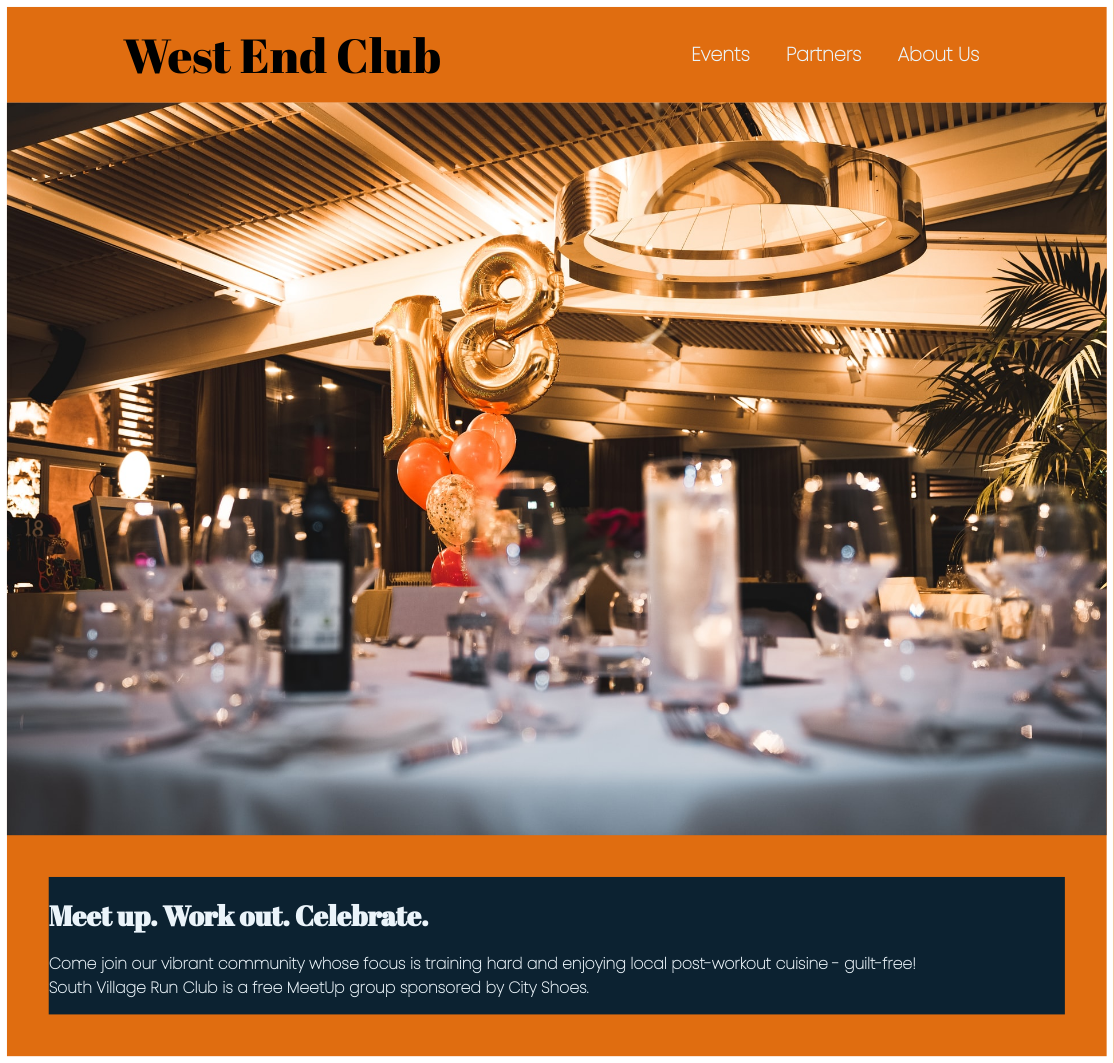
Repository: lastbronx41/lastbronx41.github.io
Page: starting/index.html
These files come from the project's save history. The page is drawn as it stood at one moment and after a run of saves; the edit follows.
The browser window is 1280 px wide. The pictures show the whole page, at 87% of full size.
Some web fonts or font styles are not loaded; a fallback is used.

Above is the page before, as saved 2022-07-19 04:42:47.

### starting/index.html
<!DOCTYPE html>

<html>
   <head>
      <meta charset="utf-8">
      <title>Our Club</title>
      <link rel="stylesheet" href="./styles.css" type="text/css">
      <link rel="preconnect" href="https://fonts.googleapis.com">
      <link rel="preconnect" href="https://fonts.gstatic.com" crossorigin>
      <link href="https://fonts.googleapis.com/css2?family=Abril+Fatface&family=Slabo+13px&family=Space+Mono&display=swap" rel="stylesheet">
      <link rel="preconnect" href="https://fonts.googleapis.com">
      <link rel="preconnect" href="https://fonts.gstatic.com" crossorigin>
      <link href="https://fonts.googleapis.com/css2?family=Abril+Fatface&family=Poppins:wght@100&family=Slabo+13px&family=Space+Mono&display=swap" rel="stylesheet">
   </head>

   <body>

      <div class="header">
         <div id="title">West End Club</div>
         <div>
            <ul class="links">
               <a href>
                  <li class="nav">Events</li>
               </a>
               <a href>
                  <li class="nav">Partners</li>
               </a>
               <a href>
                  <li class="nav">About Us</li>
               </a>
            </ul>
         </div>
      </div>

      <div id="cover-photo">
         <img src="./resources/cover-photo.jpg"/>
         <div class="main-text">
            <h1>Meet up. Work out. Celebrate.</h1>
               <p>Come join our vibrant community whose focus is training hard and enjoying local post-workout cuisine - guilt-free!
               <br>
               South Village Run Club is a free MeetUp group sponsored by City Shoes.
               </p>

         </div>
      </div>



   </body>
</html>

### starting/styles.css
.header {
   display: flex;
   justify-content: space-around;
   background-color: #E06D10;
   align-items: center;
   padding: 1rem
}

#title {
   font-size: 55px;
   font-family: 'Abril Fatface', cursive;
}

.links, .links a {
   display: inline-flex;
   flex-wrap: wrap;
   justify-content: flex-end;
   list-style-type: none;
   gap: 1rem;
   text-decoration-line: none;
}

.nav {
   font-size: 22px;
   font-family: 'Poppins', sans-serif;
   font-weight: bolder;
   border-radius: 34%;
   padding: 0.4rem 0.8rem;
   color: #EBF4FA;
}

.nav:hover {
   color: #E06D10;
   background-color: black;
}

#cover-photo {
   display: flex;
   flex-direction: column;
   background-color: #E06D10;
}

#cover-photo img {
   max-width: 100%;
}
.main-text {
   background-color: #0C2231;
   color: #EBF4FA;
   margin: 3rem;
}

.main-text h1 {
   font-family: 'Abril Fatface', cursive;
}

.main-text p {
   font-family: 'Poppins', sans-serif;
   font-size: 18px;
   font-weight: bolder;
}

After the next 3 saves:
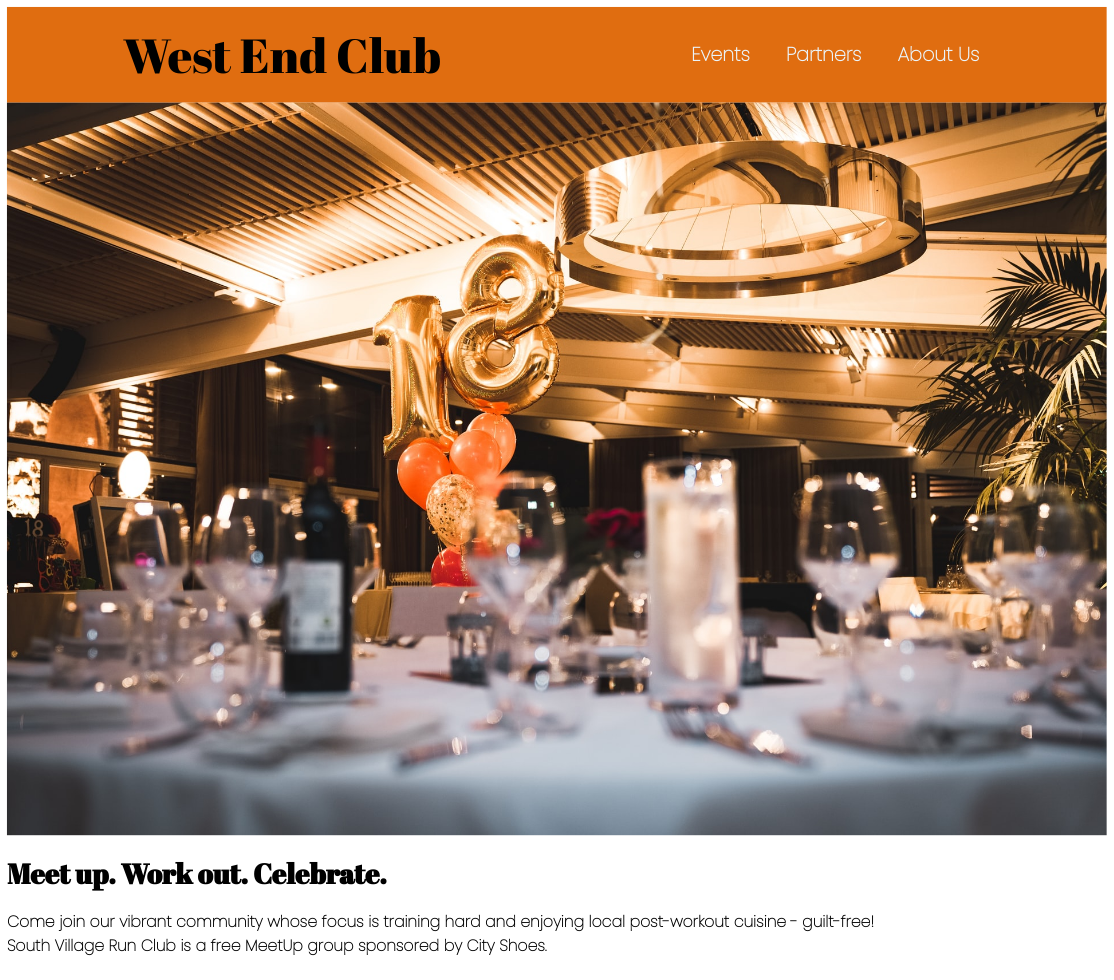
The 3 saves are shown as one change because they came seconds apart.
The last was saved 17 s later.
--- a/starting/styles.css
+++ b/starting/styles.css
@@ -37,16 +37,13 @@
 #cover-photo {
    display: flex;
    flex-direction: column;
-   background-color: #E06D10;
 }
 
 #cover-photo img {
    max-width: 100%;
 }
 .main-text {
-   background-color: #0C2231;
-   color: #EBF4FA;
-   margin: 3rem;
+   background-color: ;#0C2231
 }
 
 .main-text h1 {
